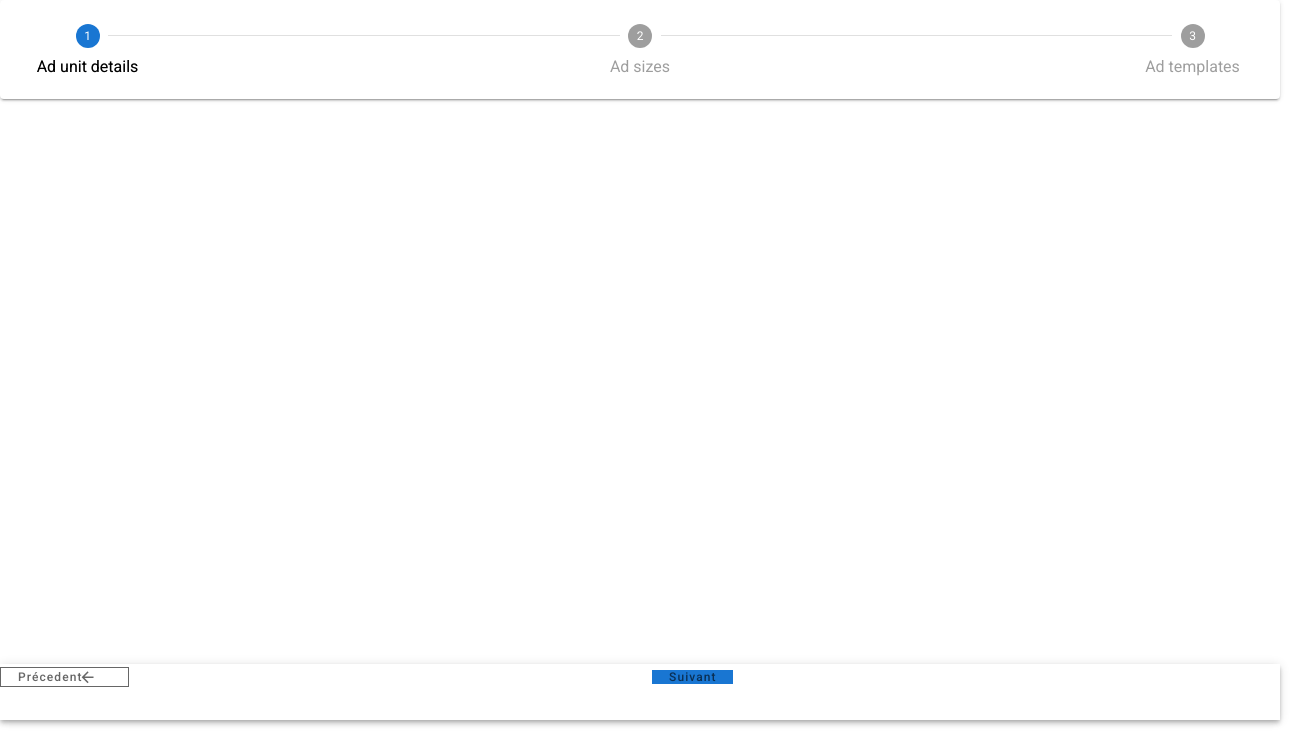
Repository: SidneyHodieb/myc
Page: /addsource
The author's editor kept a copy of each file at every save. The page is drawn from the files as they stood at one save, then again after the next save.
The browser window is 1280 px wide. The page is 1292 px wide, so the pictures cover 1292 px, including what lies to the right of the window. The pictures show the whole page.
The project was rebuilt for these pictures with package versions that can differ from the ones it lists, and the page was loaded fresh each time. Also part of the build but not shown: vue.config.js, src/views/Home.vue, src/views/addSource/components/format.vue, src/views/addSource/components/card.vue, src/views/addSource/components/trigger.vue.

Above is the page before, as saved 2021-04-03 17:45:24.

### src/App.vue
<template>
  <v-app>
    <v-main>
      <router-view></router-view>
    </v-main>
  </v-app>
</template>

<script>

export default {
  name: 'App',
  data: () => ({
    //
  }),
};
</script>

### src/router/index.js
import Vue from 'vue'
import VueRouter from 'vue-router'
import Home from '../views/Home.vue'
import addSource from '../views/addSource/column'
import format from '../views/addSource/components/format'
import card from '../views/addSource/components/card'
import trigger from '../views/addSource/components/trigger'

Vue.use(VueRouter)

const routes = [
  {
    path: '/',
    name: 'Home',
    component: Home
  },
  {
    path: '/addsource',
    name: 'addSource',
    component: addSource,
    children: [
      {
        path: 'format',
        component: format
      },
      {
        path: 'card',
        component: card
      },
      {
        path: 'trigger',
        component: trigger
      }
    ]
  },
  {
    path: '/about',
    name: 'About',
    // route level code-splitting
    // this generates a separate chunk (about.[hash].js) for this route
    // which is lazy-loaded when the route is visited.
    component: function () {
      return import(/* webpackChunkName: "about" */ '../views/About.vue')
    }
  }
]

const router = new VueRouter({
  mode: 'history',
  base: process.env.BASE_URL,
  routes
})

export default router

### src/views/addSource/column.vue
<template>
  <div>
    <!-- Header -->
      <v-stepper alt-labels>
          <v-stepper-header>
            <v-stepper-step step="1">
              Ad unit details
            </v-stepper-step>

            <v-divider></v-divider>

            <v-stepper-step step="2">
              Ad sizes
            </v-stepper-step>

            <v-divider></v-divider>

            <v-stepper-step step="3">
              Ad templates
            </v-stepper-step>
          </v-stepper-header>
        </v-stepper>

        <!-- Content -->
        <router-view></router-view>
        <!--Footer  -->

    <v-bottom-navigation
      absolute
      color="blue"
      hide-on-scroll
      horizontal
      scroll-threshold="500"
    >
      <v-row>
        <v-col>
          <v-btn
      rounded
      outlined
      color="indigo"
    >
     <v-icon left>
        mdi-arrow-left
      </v-icon>
      Précedent
    </v-btn>
        </v-col>
        <v-col>
          <v-btn
      rounded
      color="primary"
      dark
    >
      Suivant
    </v-btn>
        </v-col>
      </v-row>
    </v-bottom-navigation>

   <!--  <v-sheet
      id="scroll-threshold-example"
      class="overflow-y-auto pb-16"
      max-height="600"
    >
      <v-responsive height="1500"></v-responsive>
    </v-sheet> -->
  </div>
</template>

<script>
export default {

}
</script>

<style>

</style>

Loaded but not shown: public/index.html (common file); src/main.js (common file); src/store/index.js (common file); src/plugins/vuetify.js (common file)

After the next save:
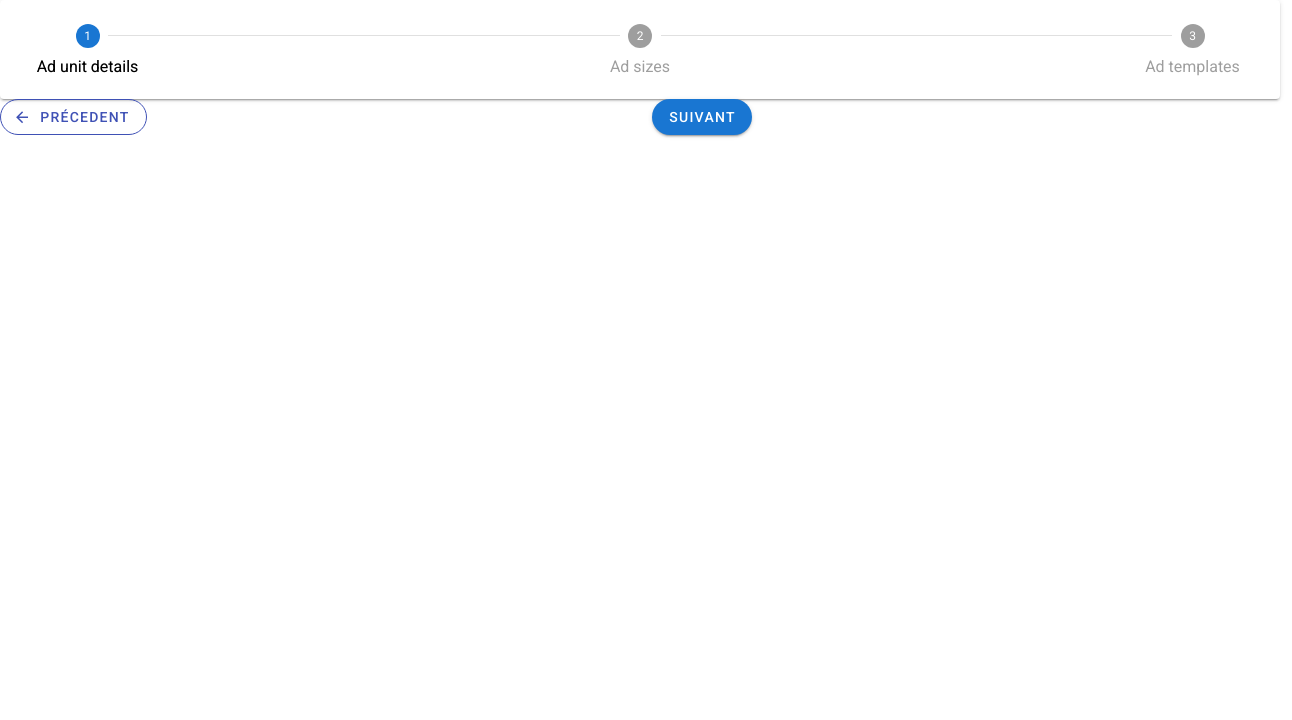
Saved 5 min 34 s later.
--- a/src/views/addSource/column.vue
+++ b/src/views/addSource/column.vue
@@ -25,13 +25,7 @@
         <router-view></router-view>
         <!--Footer  -->
 
-    <v-bottom-navigation
-      absolute
-      color="blue"
-      hide-on-scroll
-      horizontal
-      scroll-threshold="500"
-    >
+
       <v-row>
         <v-col>
           <v-btn
@@ -55,7 +49,7 @@
     </v-btn>
         </v-col>
       </v-row>
-    </v-bottom-navigation>
+
 
    <!--  <v-sheet
       id="scroll-threshold-example"

After the save that followed:
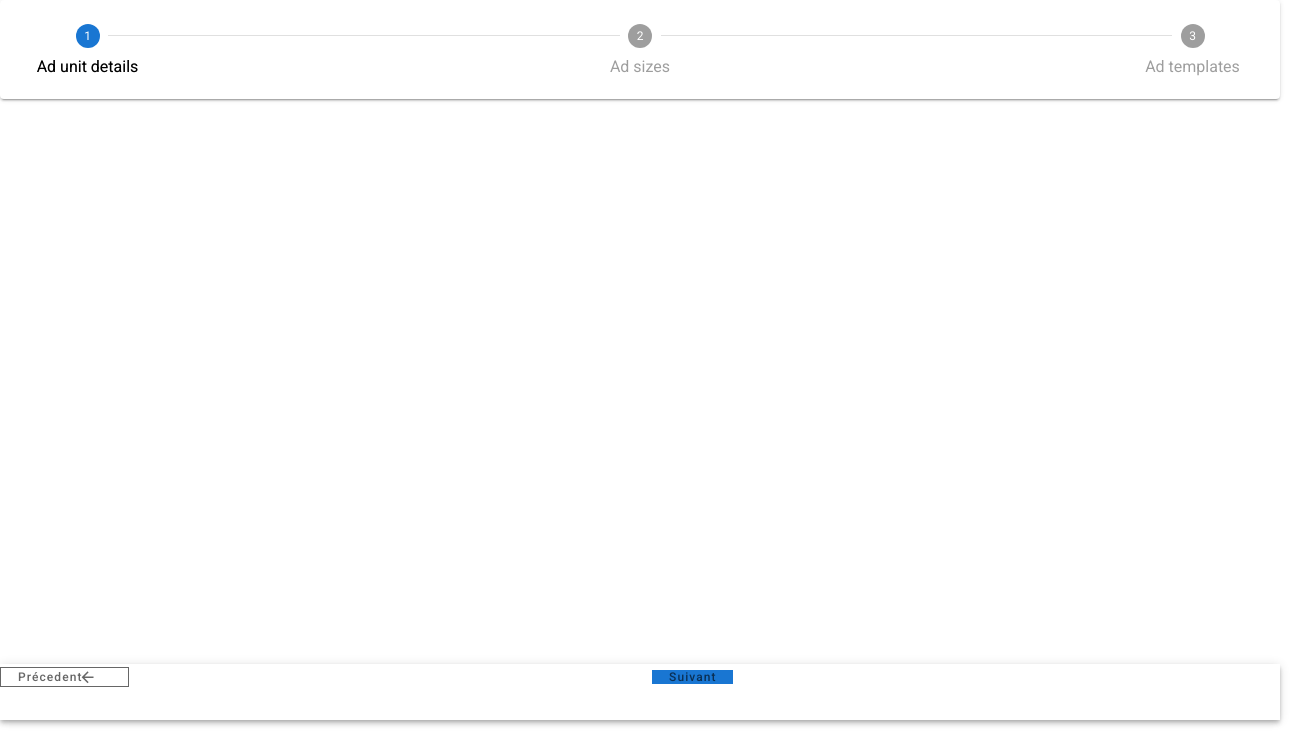
Saved 59 s later.
--- a/src/views/addSource/column.vue
+++ b/src/views/addSource/column.vue
@@ -25,7 +25,13 @@
         <router-view></router-view>
         <!--Footer  -->
 
-
+    <v-bottom-navigation
+      absolute
+      color="blue"
+      hide-on-scroll
+      horizontal
+      scroll-threshold="500"
+    >
       <v-row>
         <v-col>
           <v-btn
@@ -49,7 +55,7 @@
     </v-btn>
         </v-col>
       </v-row>
-
+    </v-bottom-navigation>
 
    <!--  <v-sheet
       id="scroll-threshold-example"
